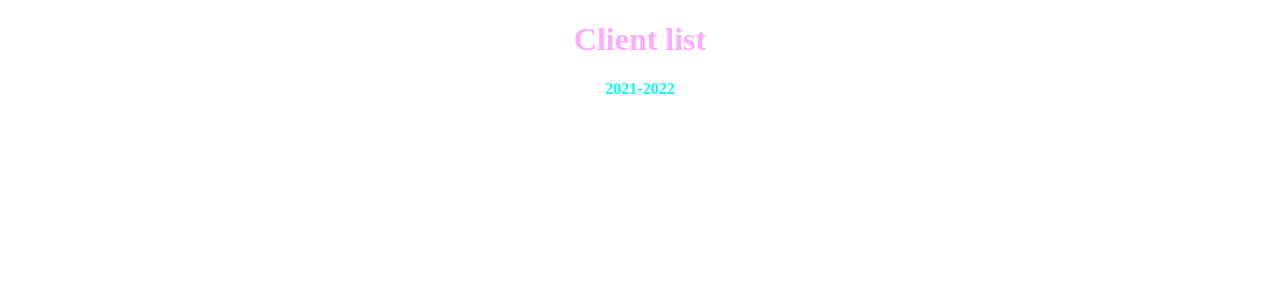
Repository: Balamurugan1914/crud_operation_without_db
Page: html_example/src/main/webapp/client.html
These files come from the project's save history. The page is drawn as it stood at one moment and after the next save; the edit follows.
The browser window is 1280 px wide. The pictures show the whole page.

Above is the page before, as saved 2022-06-22 11:41:43.

After the next save:
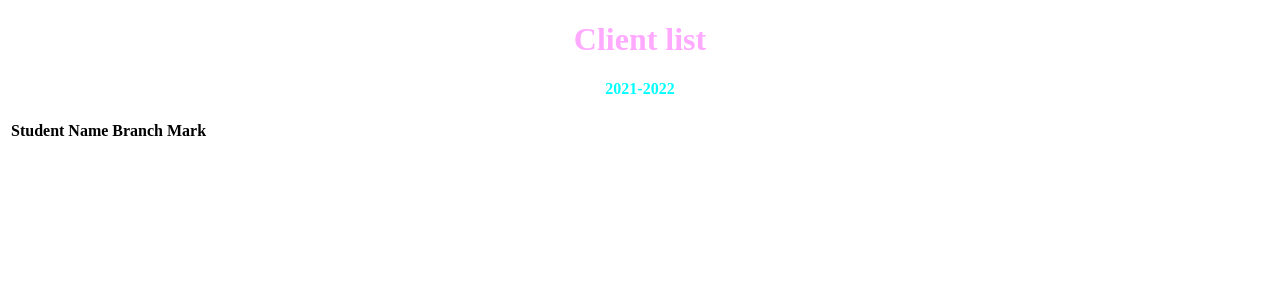
Saved 118 s later.
--- a/html_example/src/main/webapp/client.html
+++ b/html_example/src/main/webapp/client.html
@@ -19,7 +19,15 @@ h1 {
 <h1 class="centerText" >Client list</h1>
 <h4 class="centerText">2021-2022</h4>
 
-
+<table>
+	<thead>
+		<tr>
+			<th>Student Name</th>
+			<th>Branch</th>
+			<th>Mark</th>
+		</tr>
+	</thead>
+</table>
 
 </body>
 </html>
